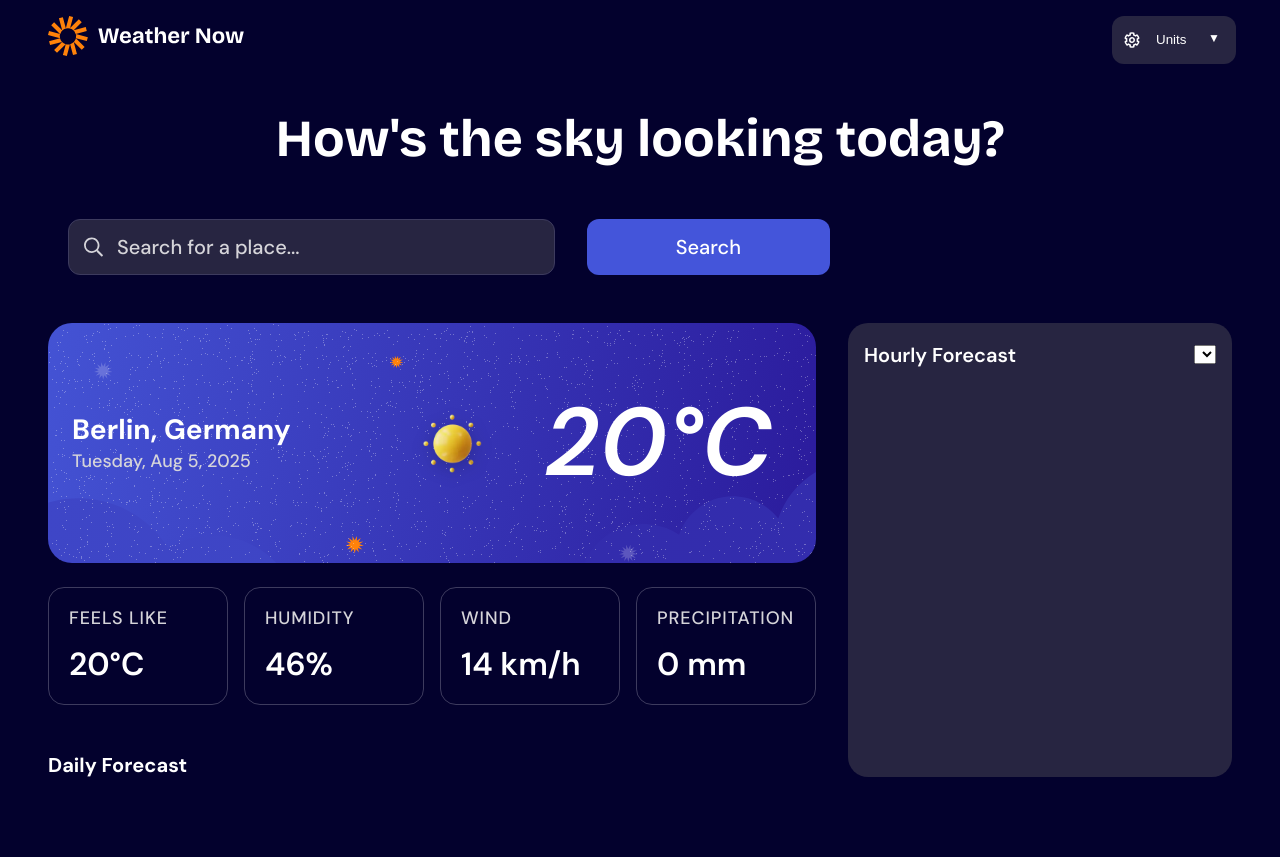
Repository: MKwaak/weather-app-main
Page: index.html
The author's editor kept a copy of each file at every save. The page is drawn from the files as they stood at one save, then again after the next save.
The browser window is 1280 px wide. The pictures show the whole page.
The page's requests for data from a server got no answer.

Above is the page before, as saved 2026-01-31 16:32:58.

After the next save:
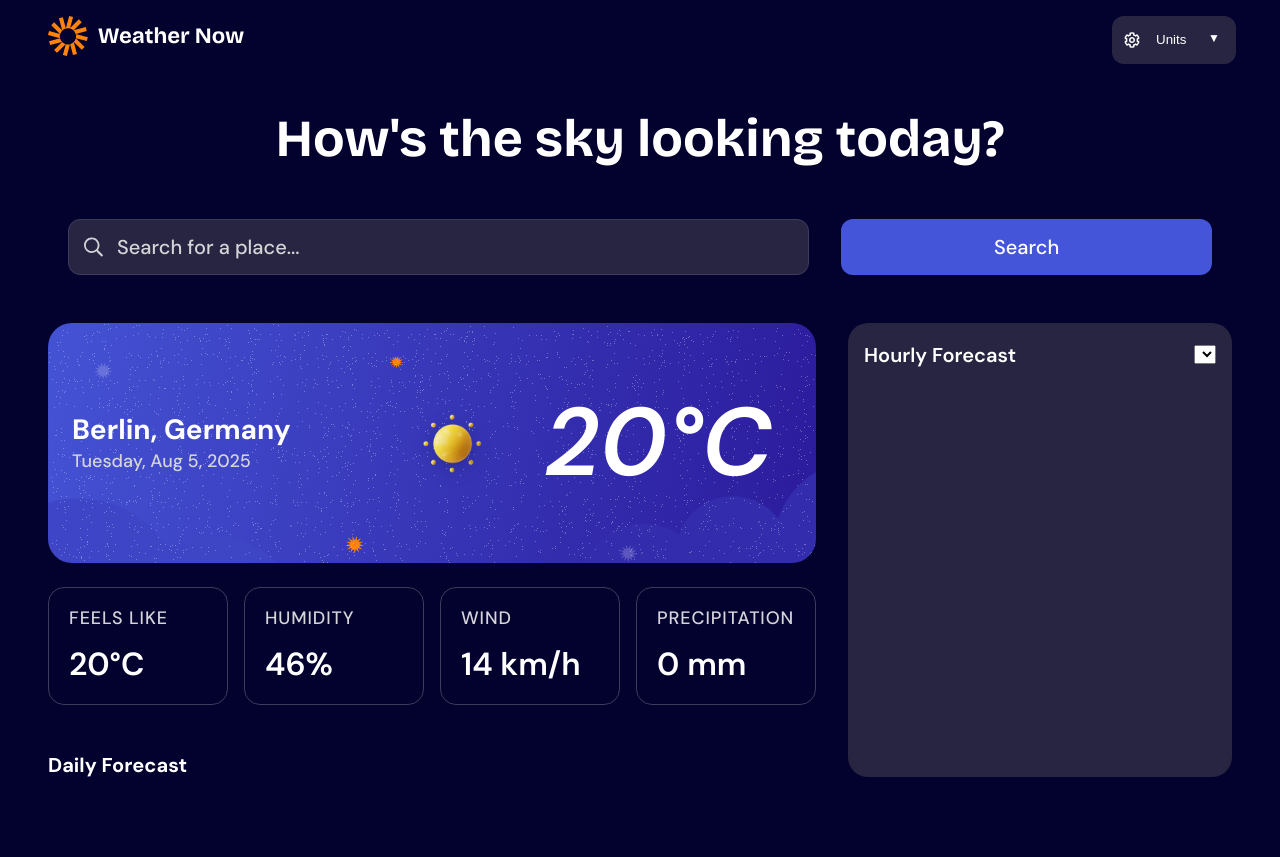
Saved 14 min 2 s later.
--- a/style.css
+++ b/style.css
@@ -311,10 +311,9 @@
 
 .hero__content {
   display: grid;
-  /* Matcht exact met je dashboard */
-  grid-template-columns: 1fr 350px;
+  /* Zorg dat de content-grid hetzelfde doet als de rest */
+  grid-template-columns: minmax(0, 2fr) minmax(0, 1fr);
   column-gap: 32px;
-
   width: 100%;
   max-width: calc(1184 / 16 * 1rem);
   margin: 0 auto;
@@ -339,15 +338,20 @@
 
 /* Hero search container */
 .hero__search {
+  /* 1. Hoe gedraagt de zoekbalk zich t.o.v. de parent (.hero__content) */
   /* --- BASIS (Mobiel) --- */
+  grid-column: 1 / -1; /* Dit dwingt de zoekbalk om over BEIDE kolommen te spannen */
+  /* 2. Hoe gedragen de textbox en button zich binnen de zoekbalk */
   display: grid;
-  grid-template-columns: 1fr; /* Alles onder elkaar */
+  /* Nu pas kan de zoekbalk zijn eigen kolommen (textbox/button) goed verdelen */
+  grid-template-columns: 1fr;
   gap: 16px;
+  /* 3. Afmetingen */
   width: 100%;
   max-width: calc(1184 / 16 * 1rem);
   margin: 0 auto 24px auto;
 
-  /* --- DESKTOP (Vanaf 1000px) --- */
+  /* 4. Desktop switch */
   @media (min-width: calc(1000 / 16 * 1rem)) {
     grid-template-columns: minmax(0, 2fr) minmax(0, 1fr); /* Match dashboard */
     column-gap: 32px;
